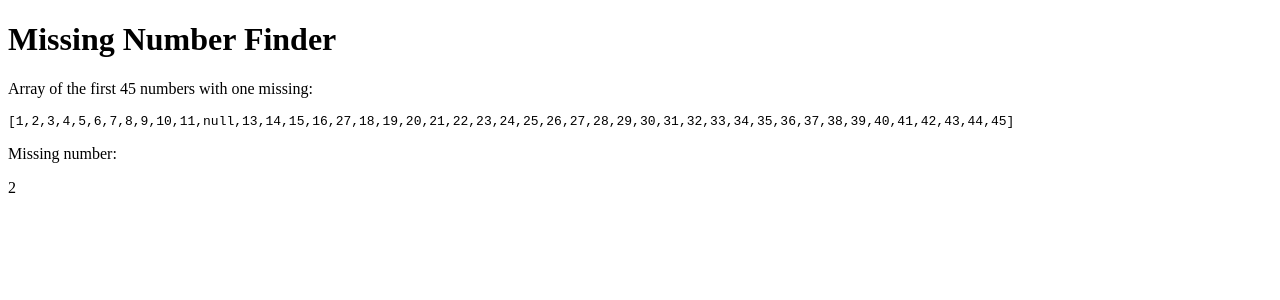
Repository: devblackie/missingNumberFinder
Page: index.html
The author's editor kept a copy of each file at every save. The page is drawn from the files as they stood at one save, then again after the next save.
The browser window is 1280 px wide. The pictures show the whole page.

Above is the page before, as saved 2023-08-23 14:52:23.

### index.html
<!DOCTYPE html>
<html lang="en">
  <head>
    <meta charset="UTF-8" />
    <meta name="viewport" content="width=device-width, initial-scale=1.0" />
    <title>Missing Integer Finder</title>
  </head>
  <body>
    <h1>Missing Number Finder</h1>

    <p>Array of the first 45 numbers with one missing:</p>
    <pre id="numbers"></pre>

    <p>Missing number:</p>
    <p id="missingNumber"></p>
    <script src="index.js"></script>
  </body>
</html>

### index.js
function findMissingNumber(arr) {
    const n = 45; // Total number of integers
    const totalSum = (n * (n + 1)) / 2; // Sum of the first n integers
    const arraySum = arr.reduce((acc, num) => acc + num, 0); // Sum of elements in the array

    return totalSum - arraySum;
  }

  const numbers = [1, 2, 3,4,5,6,7,8,9,10,11,,13,14,15,16,27,18,19,20,21,22,23,24,25,26,27,28,29,30,31,32,33,34,35,36,37,38,39,40,41,42,43,44, 45]; // Array of the first 45 numbers with one missing
  const missingNumber = findMissingNumber(numbers);

  document.getElementById("numbers").textContent = JSON.stringify(numbers);
  document.getElementById("missingNumber").textContent = missingNumber;

After the next save:
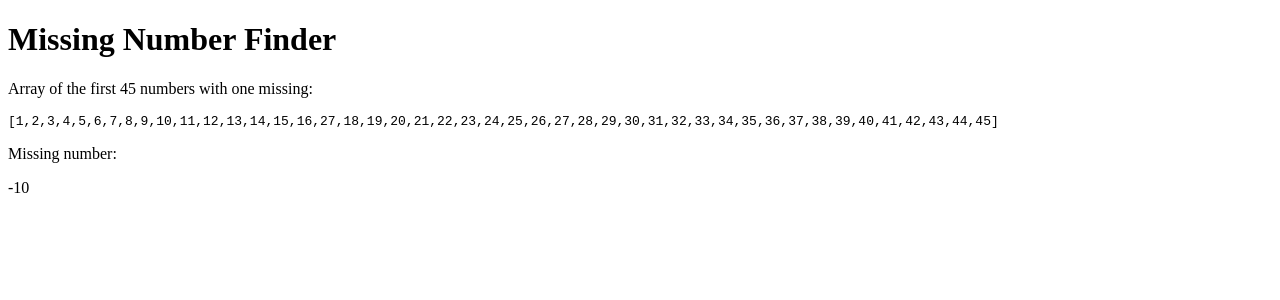
Saved 5 s later.
--- a/index.js
+++ b/index.js
@@ -6,7 +6,7 @@ function findMissingNumber(arr) {
     return totalSum - arraySum;
   }
 
-  const numbers = [1, 2, 3,4,5,6,7,8,9,10,11,,13,14,15,16,27,18,19,20,21,22,23,24,25,26,27,28,29,30,31,32,33,34,35,36,37,38,39,40,41,42,43,44, 45]; // Array of the first 45 numbers with one missing
+  const numbers = [1, 2, 3,4,5,6,7,8,9,10,11,12,13,14,15,16,27,18,19,20,21,22,23,24,25,26,27,28,29,30,31,32,33,34,35,36,37,38,39,40,41,42,43,44, 45]; // Array of the first 45 numbers with one missing
   const missingNumber = findMissingNumber(numbers);
 
   document.getElementById("numbers").textContent = JSON.stringify(numbers);
